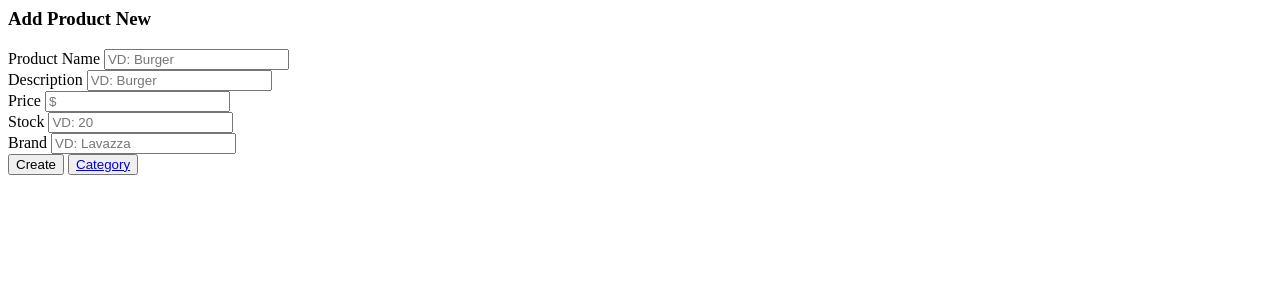
Repository: QunDev/du_an
Page: http://localhost/admin/products/createProduct.php
An editor plug-in stored every save of this project. The page is shown before and after the next save, followed by the edit.
The browser window is 1280 px wide. The pictures show the whole page.
The page is run by PHP 8.4 with error messages shown; the project is at /var/www/html/.

Above is the page before, as saved 2023-11-24 09:35:57.
Console error: TypeError: Cannot read properties of null (reading 'addEventListener')

### admin/products/createProduct.php
<div class="main">
      <form
        action="index.php?act=createCategory"
        method="post"
        class="form"
        id="form-1"
        enctype="multipart/form-data"
      >
        <h3 class="heading">Add Product New</h3>

        <div class="spacer"></div>

        <div class="form-group">
          <label for="productName" class="form-label">Product Name</label>
          <input
            id="productName"
            name="productName"
            type="text"
            placeholder="VD: Burger"
            class="form-control"
            autocomplete
            data-name
          />
          <span class="form-message"></span>
        </div>

        <div class="form-group">
          <label for="description" class="form-label">Description</label>
          <input
            id="description"
            name="description"
            type="text"
            placeholder="VD: Burger"
            class="form-control"
            data-desc
          />
          <span class="form-message"></span>
        </div>

        <div class="form-group">
          <label for="price" class="form-label">Price</label>
          <input
            id="price"
            name="price"
            type="text"
            placeholder="$"
            class="form-control"
            data-desc
          />
          <span class="form-message"></span>
        </div>

        <div class="form-group">
          <label for="stock" class="form-label">Stock</label>
          <input
            id="stock"
            name="stock"
            type="text"
            placeholder="VD: 20"
            class="form-control"
            data-desc
          />
          <span class="form-message"></span>
        </div>

        <div class="form-group">
          <label for="Brand" class="form-label">Brand</label>
          <input
            id="Brand"
            name="Brand"
            type="text"
            placeholder="VD: Lavazza"
            class="form-control"
            data-desc
          />
          <span class="form-message"></span>
        </div>
        <input value="Create" type="button" class="form-submit">
        <button class="form-submit" type="button"><a href="./?act=listCategories">Category</a></button>

        <!-- <button class="form-submit" type="button" name="btnSubmit">Thêm</button> -->


      </form>
    </div>
    <script defer src="./assets/js/categories.js"></script>

### admin/assets/js/categories.js
let btns = document.querySelectorAll(".btnDelete");
let btnSubmit = document.querySelector(".form-submit");
let btnUpdate = document.querySelector(".form-update");

btns.forEach((btn) => {
    const id = btn.dataset.id;
    btn.addEventListener("click", (e) => {
        const confirm = window.confirm("Ban co muon xoa khong?");
        if (confirm) {
            window.open(`./?act=deleteOne&id=${id}`, "_self");
        }
    });
});

function isSuccess(e) {
    let parentSelector = document.querySelector(e).parentElement;
    let length = parentSelector.classList.length;
    let message = parentSelector.querySelector(".form-message");
    if (length !== 1 && parentSelector.classList.contains("invalid")) {
        parentSelector.classList.remove("invalid");
        message.classList.remove("invalid");
        message.textContent = "";
        let value = document.querySelector(e).value;
        return value;
    } else {
        message.textContent = "";
        let value = document.querySelector(e).value;
        return value;
    }
}

function isValid(e) {
    let parentSelector = document.querySelector(e).parentElement;
    let message = parentSelector.querySelector(".form-message");
    parentSelector.classList.add("invalid");
    message.classList.add("invalid");
    parentSelector.querySelector(".form-message").textContent = "Enter an values";
}

function checkNull(e) {
    let selector = document.querySelector(e);
    if (selector.value !== "") {
        return isSuccess(e);
    } else {
        isValid(e);
        return false;
    }
}

btnSubmit.addEventListener("click", () => {
    let valueName = checkNull("#categoryName");
    let valueDesc = checkNull("#description");
    console.log(valueName);
    console.log(valueDesc);
    let isConfirm = window.confirm(`Confirm the creation of a new category ${valueName}`);
    if (isConfirm) {
        if (typeof valueName === "string" && typeof valueDesc === "string") {
            window.open(`./?act=createCategory&name=${valueName}&desc=${valueDesc}`, "_self");
        }
    }
});

btnUpdate.addEventListener("click", () => {
    let valueName = checkNull("#categoryName");
    let valueDesc = checkNull("#description");
    let isConfirm = window.confirm(`Confirm update of a new category ${valueName}`);
    if (isConfirm) {
        if (typeof valueName === "string" && typeof valueDesc === "string") {
            window.open(`./?act=update&id=${btnUpdate.dataset.id}&name=${valueName}&desc=${valueDesc}`, "_self");
        }
    }
});

After the next save:
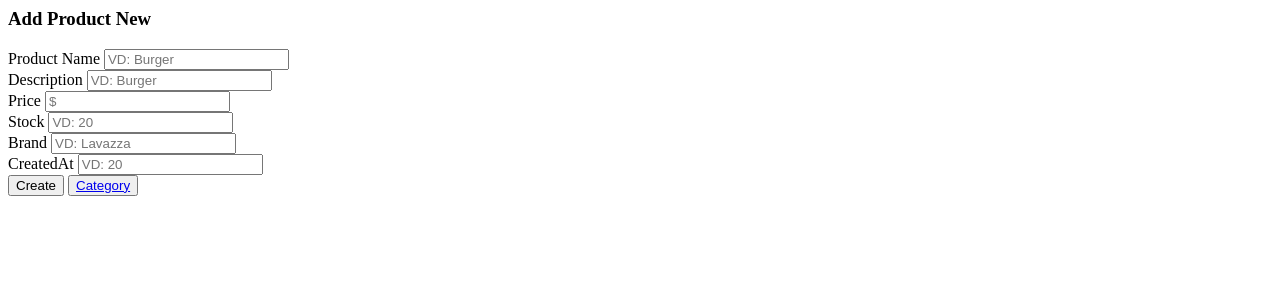
Saved 73 s later.
--- a/admin/products/createProduct.php
+++ b/admin/products/createProduct.php
@@ -75,6 +75,19 @@
           />
           <span class="form-message"></span>
         </div>
+
+        <div class="form-group">
+          <label for="createdAt" class="form-label">CreatedAt</label>
+          <input
+            id="createdAt"
+            name="createdAt"
+            type="text"
+            placeholder="VD: 20"
+            class="form-control"
+            data-desc
+          />
+          <span class="form-message"></span>
+        </div>
         <input value="Create" type="button" class="form-submit">
         <button class="form-submit" type="button"><a href="./?act=listCategories">Category</a></button>
 
